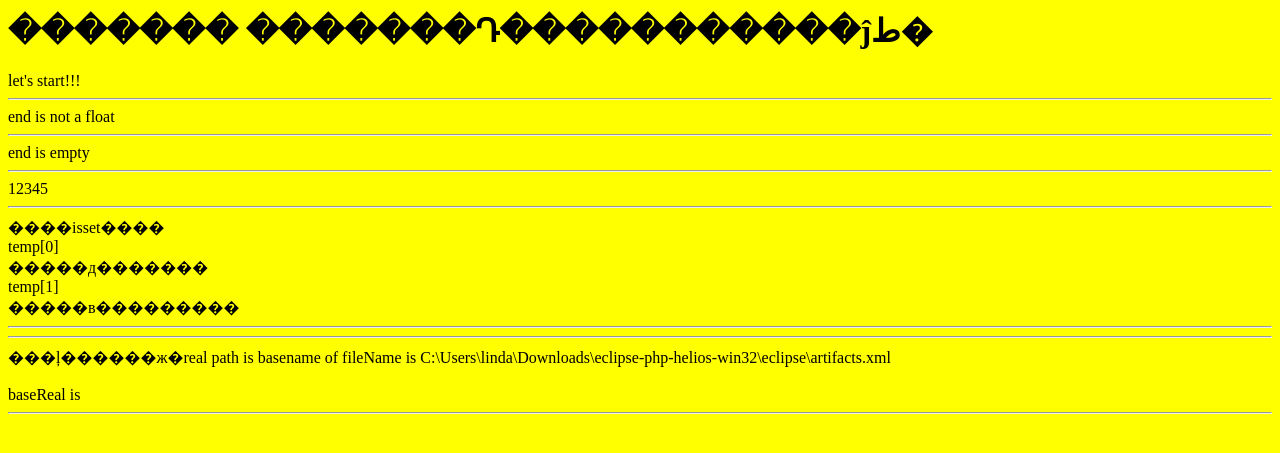
Repository: hanliyao/HelloWorld
Page: http://localhost/core/Common/testUnit.php
The author's editor kept a copy of each file at every save. The page is drawn from the files as they stood at one save, then again after the next save.
The browser window is 1280 px wide. The pictures show the whole page.
The page is run by PHP 8.4 with error messages shown; the project is at /var/www/html/.

Above is the page before, as saved 2016-02-05 02:38:07.

### HelloWorld/core/Common/testUnit.php
<!DOCTYPE unspecified PUBLIC "-//W3C//DTD HTML 4.01 Transitional//EN" "http://www.w3.org/TR/html4/loose.dtd">

<html>
    <head>
        <title>덜쯤꿎桿묏야女충</title>
        <style type="text/css">
        body{
            background-color:yellow;
        }
    </style>
    </head>

    <body>
        <h1>侶몸꼬롸 痰윱꿎桿덜쯤櫓唐狂痙돨뒈렘</h1>
        <?php
            echo "let's start!!!<br>";
            echo "<hr>";
            $end = '';
            if(is_float($end))
            {
                echo "end is float<br>";
            }else {
                echo "end is not a float<br>";
            }
            echo "<hr>";

           //꿎桿$end 角뤠槨왕
           if(empty($end))
           {
               echo "end is empty<br>";
           }else {
               echo "end is not empty<br>";
           }
           echo "<hr>";

           //뚤鑒莉돨쏵契꿎桿
           $_info = array();
           $_start = 'hello';
           $_info[$_start] = 12345;
           echo "$_info[$_start]<br>";
           echo "<hr>";
           //繫법뚤鑒莉돨꿎桿，랙君鑒莉돨苟깊옵鹿角俚륜눔，
           //怜狼뒤랗늴못놔宮壇돨苟깊，橙옵鹿혤놔俚륜눔櫓돨코휭

           //꿎桿isset변鑒
           echo "꿎桿isset변鑒<br>";
           $temp = array();
           $temp[0]="hello world";
           echo "temp[0]<br>";
           if(isset($temp[0]))
           {
               echo "鑒莉櫓닸瞳鑒앴<br>";
           }else {
               echo "鑒莉櫓꼇닸瞳鑒앴<br>";
           }
           echo "temp[1]<br>";
           if(isset($temp[1]))
           {
               echo "鑒莉櫓닸瞳鑒앴<br>";
           }else {
               echo "鑒莉櫓꼇닸瞳鑒앴<br>";
           }
           echo "<hr>";

           echo "<hr>";
           echo "뚤匡숭鱗놔털뙤";
           $fileName = "C:\\Users\\linda\\Downloads\\eclipse-php-helios-win32\\eclipse\\artifacts.xml<br>";
           $reapath = realpath($fileName);
           echo "real path is ".$reapath;
           $base = basename($fileName);
           echo "basename of fileName is $base<br>";
           $baseReal = basename($reapath);
           echo  "baseReal is $baseReal<br>";
           echo "<hr>";

           ?>
    </body>
</html>

After the next save:
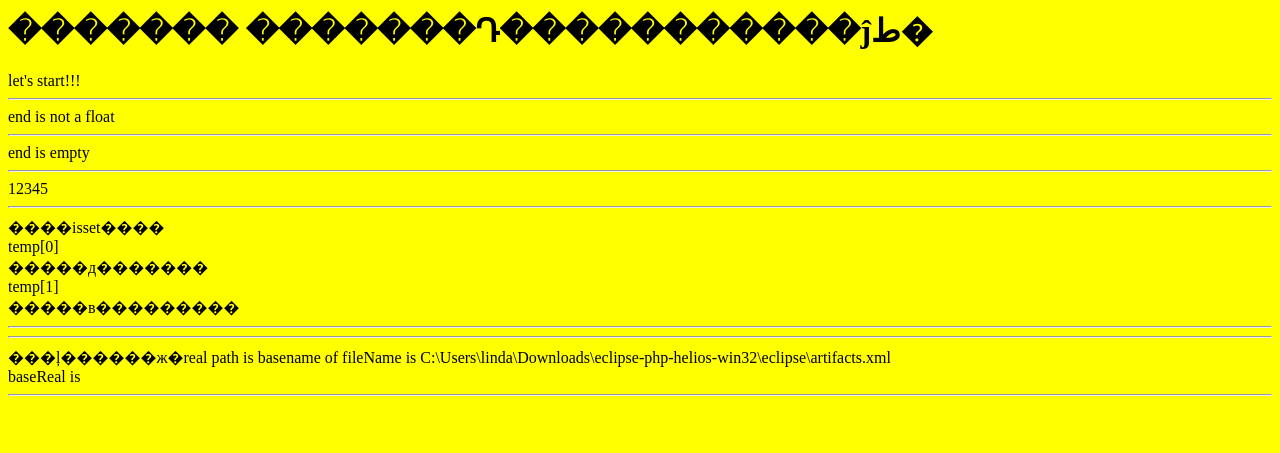
Saved 39 s later.
--- a/HelloWorld/core/Common/testUnit.php
+++ b/HelloWorld/core/Common/testUnit.php
@@ -68,7 +68,7 @@
            $reapath = realpath($fileName);
            echo "real path is ".$reapath;
            $base = basename($fileName);
-           echo "basename of fileName is $base<br>";
+           echo "basename of fileName is $base";
            $baseReal = basename($reapath);
            echo  "baseReal is $baseReal<br>";
            echo "<hr>";
